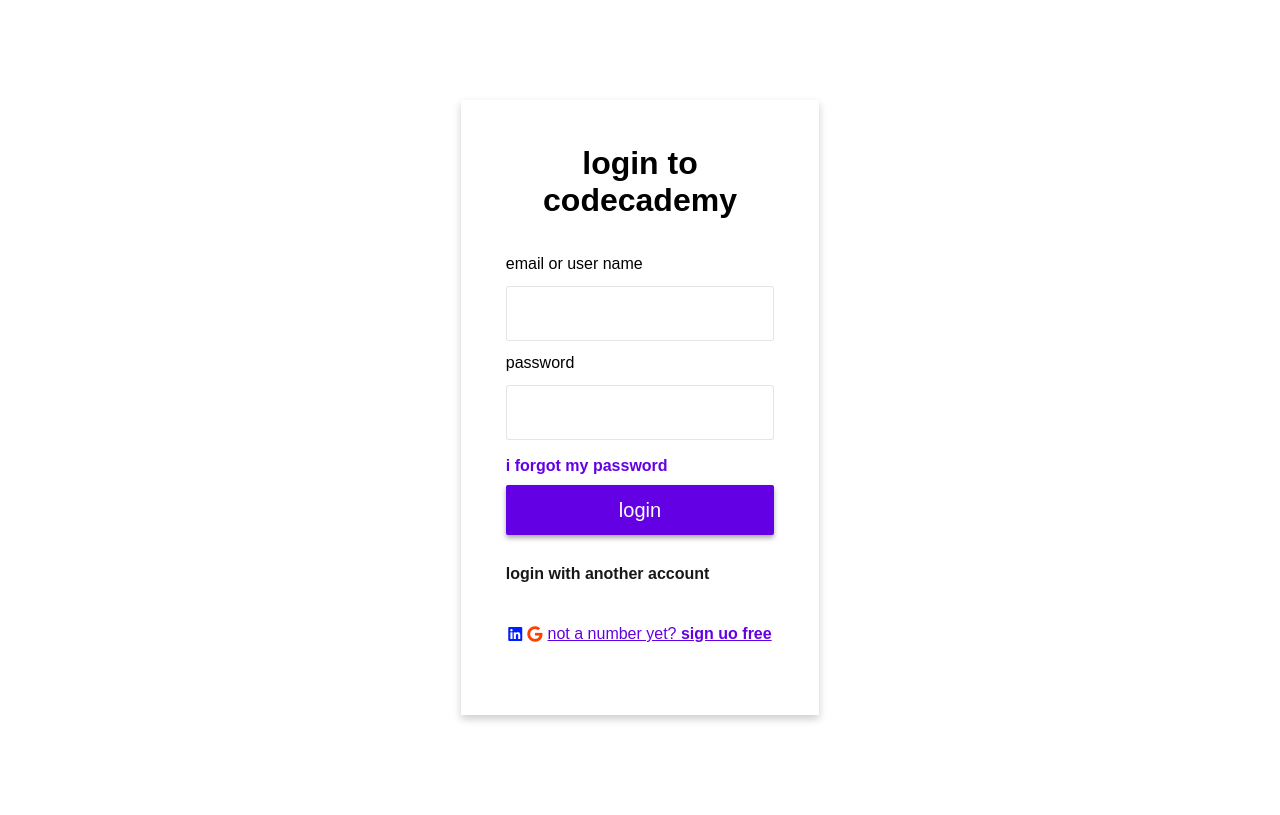
Repository: yadhukrishnanb/HtmlLoginPage.github.io
Page: index.html
These files come from the project's save history. The page is drawn as it stood at one moment and after the next save; the edit follows.
The browser window is 1280 px wide. The pictures show the whole page.

Above is the page before, as saved 2024-02-14 10:49:14.

### index.html
<!DOCTYPE html>
<html lang="en">

<head>
      <meta charset="UTF-8">
      <meta name="viewport" content="width=device-width, initial-scale=1.0">
      <title>Document</title>
      <link rel="stylesheet" href="https://cdnjs.cloudflare.com/ajax/libs/font-awesome/6.5.1/css/all.min.css"
      integrity="sha512-DTOQO9RWCH3ppGqcWaEA1BIZOC6xxalwEsw9c2QQeAIftl+Vegovlnee1c9QX4TctnWMn13TZye+giMm8e2LwA=="
      crossorigin="anonymous" referrerpolicy="no-referrer" />
      <style>
            * {
                  margin: 0;
                  padding: 0;
                  box-sizing: border-box;
            }

            :root {
                  --main-color: #6400e4;
                  --box-shadow: 0px 3px 5px 0px rgba(0, 0, 0, 0.34);
                  --hover-shadow: 0px 4px 4px 0px rgba(3, 3, 3, 0.561);
                  --nav-shadow: 0px 0px 10px 0px rgba(0, 0, 0, 0.100);
                  --light-black: #141c3a;
            }

            body {
                  font-family: "nunito", sans-serif;

            }

            nav {
                  height: 10vh;
                  width: 100%;
                  margin: auto;
                  box-shadow: var(--nav-shadow);
                  display: flex;
                  align-items: center;
            }

            .nav-container {
                  width: 90%;
                  margin: auto;
                  display: flex;
                  align-items: center;
            }

            .logo {
                  width: 10%;
            }

            .links {
                  display: flex;
                  margin: 0 2rem;
            }

            links .link {
                  list-style: none;
                  margin: 0 1.2rem;
                  color: var(--light-black);
            }

            .container {
                  width: 28%;
                  margin: 100px auto;
                  /* border: 2px solid cyan; */
                  padding: 45px;
                  box-shadow:0 4px 8px 0 rgba(0, 0, 0, 0.2)
            }


            form {
                  display: flex;
                  flex-direction: column;
                  margin: 30px 0;
            }

            form label {
                  margin: 6px 0;
            }

            form input[type="text"],
            input[type="password"] {
                  margin: 7px 0;
                  height: 55px;
                  border: 0.5px solid #b8b8b85d;
                  border-radius: 3px;
                  padding: 0 15px;
                  font-size: 20px;
                  font-family: "Nunito", sans-serif;
            }

            form a {
                  margin: 10px 0;
                  text-decoration: none;
                  color: var(--main-color);
                  font-weight: bold;
            }

            form input[type="submit"] {
                  height: 50px;
                  background: var(--main-color);
                  font-size: 20px;
                  font-family: "Nunito", sans-serif;
                  border: none;
                  border-radius: 2px;
                  color: white;
                  box-shadow: var(--box-shadow);
                  cursor: pointer;
                  transition: 0.1s ease;
            }

            form input[type="submit"]:hover {
                  box-shadow: var(--hover-shadow);
                  transform: translateY(-3px);
            }

            .footer h3 {
                  font-size: 16px;
                  opacity: 0.9;

            }

            .footer .images {
                  display: flex;
                  height: 10vh;
                  align-items: center;
                  justify-content: space-around;
                  margin-top: 15px;
            }

            .footer .images img {
                  width: 15%;
                  border: 1px solid #e7e7e7;
                  padding: 15px;
                  border-radius: 3px;
                  transition: 0.3s ease;
            }

            .footer .images img:hover {
                  box-shadow: var(--box-shadow);
                  cursor: pointer;

            }

            .footer a {
                  float: right;
                  color: var(--main-color);
                  margin: 10px 0;
            }

            .header {
                  text-align: center;
            }

            .yadhu {
                  border: solid 2px cyan;
            }
      </style>
</head>

<body>
      <div class="container">
            <div class="header">
                  <h1>login to codecademy</h1>

            </div>
            <form action="">
                  <label for="">email or user name</label>
                  <input type="text" name="" id="">
                  <label for="">password</label>
                  <input type="password" name="" id="">
                  <a href="#">i forgot my password</a>
                  <input type="submit" value="login">

            </form>
            <div class="footer">
                  <h3>login with another account</h3>
                  <div class="images">
                        <i class="fa-brands fa-linkedin" style="color: #011ffe;"></i>
                        <i class="fa-brands fa-google" style="color: #ff4000;"></i>
                        <a href="#">not a number yet? <strong>sign uo free</strong></a>

                  </div>
            </div>
      </div>
</body>

</html>

After the next save:
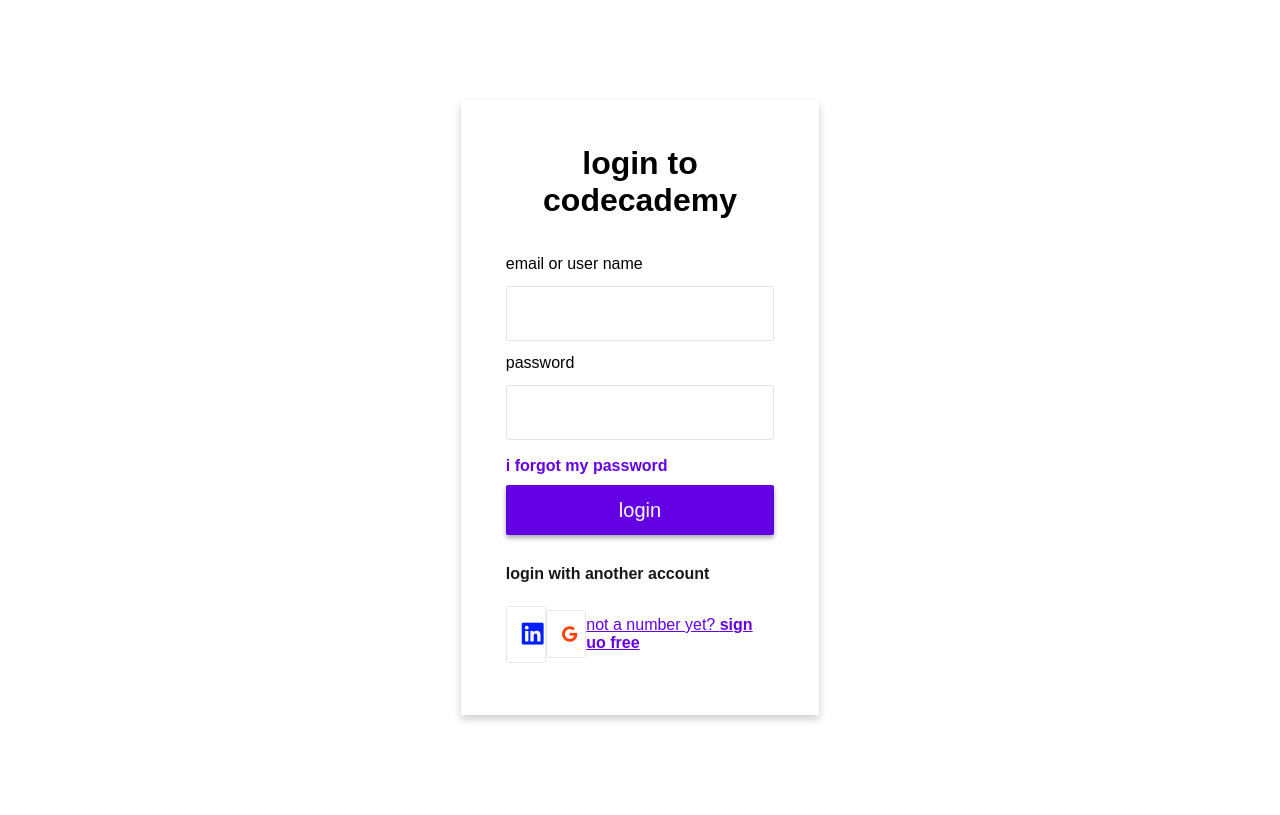
Saved 54 s later.
--- a/index.html
+++ b/index.html
@@ -128,7 +128,7 @@
                   margin-top: 15px;
             }
 
-            .footer .images img {
+            .footer .images i{
                   width: 15%;
                   border: 1px solid #e7e7e7;
                   padding: 15px;
@@ -136,7 +136,7 @@
                   transition: 0.3s ease;
             }
 
-            .footer .images img:hover {
+            .footer .images i:hover {
                   box-shadow: var(--box-shadow);
                   cursor: pointer;
 
@@ -176,7 +176,7 @@
             <div class="footer">
                   <h3>login with another account</h3>
                   <div class="images">
-                        <i class="fa-brands fa-linkedin" style="color: #011ffe;"></i>
+                        <i class="fa-brands fa-linkedin" style="color: #011ffe; font-size: 25px;"></i>
                         <i class="fa-brands fa-google" style="color: #ff4000;"></i>
                         <a href="#">not a number yet? <strong>sign uo free</strong></a>
 
